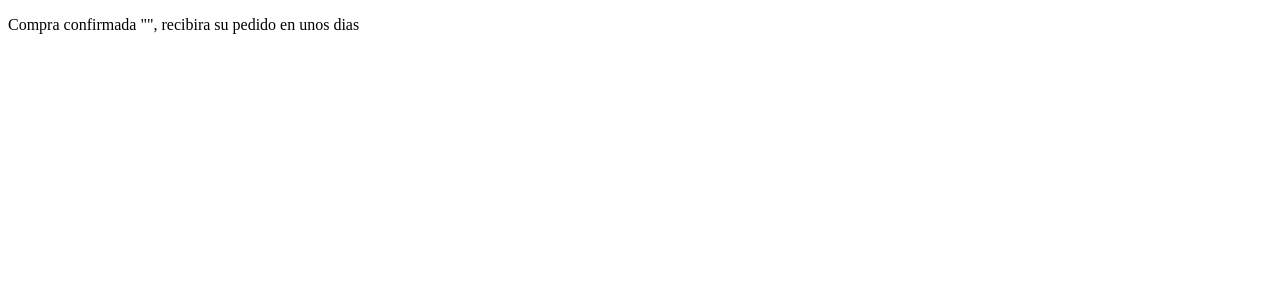
Repository: daniddm/TrabajaDawEcommerce
Page: http://localhost/Ecommerce_SanTierno/compraConfirmada.jsp
These files come from the project's save history. The page is drawn as it stood at one moment and after the next save; the edit follows.
The browser window is 1280 px wide. The pictures show the whole page.
The page is served by Tomcat 9.

Above is the page before, as saved 2021-12-06 18:12:51.

After the next save:
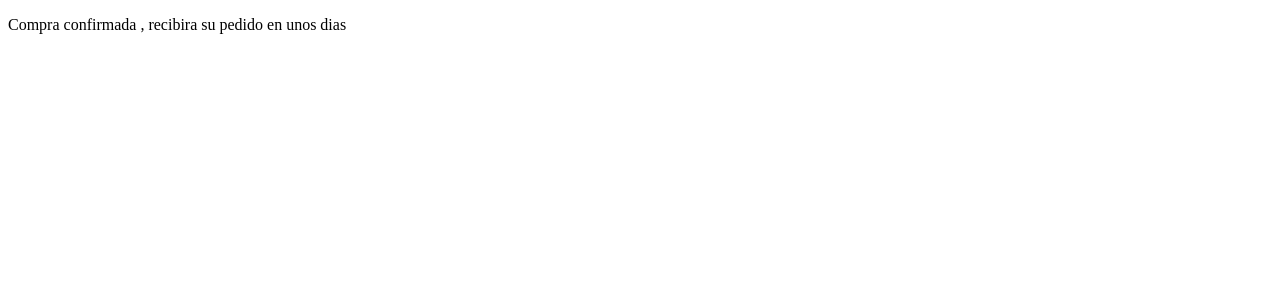
Saved 3 min 57 s later.
--- a/Ecommerce_SanTierno/WebContent/compraConfirmada.jsp
+++ b/Ecommerce_SanTierno/WebContent/compraConfirmada.jsp
@@ -9,7 +9,7 @@
 </head>
 <body>
 
-	<p>Compra confirmada "${sessionScope.usuario.username}", recibira su pedido en unos dias </p>
+	<p>Compra confirmada ${sessionScope.usuario.username}, recibira su pedido en unos dias </p>
 
 </body>
 </html>
